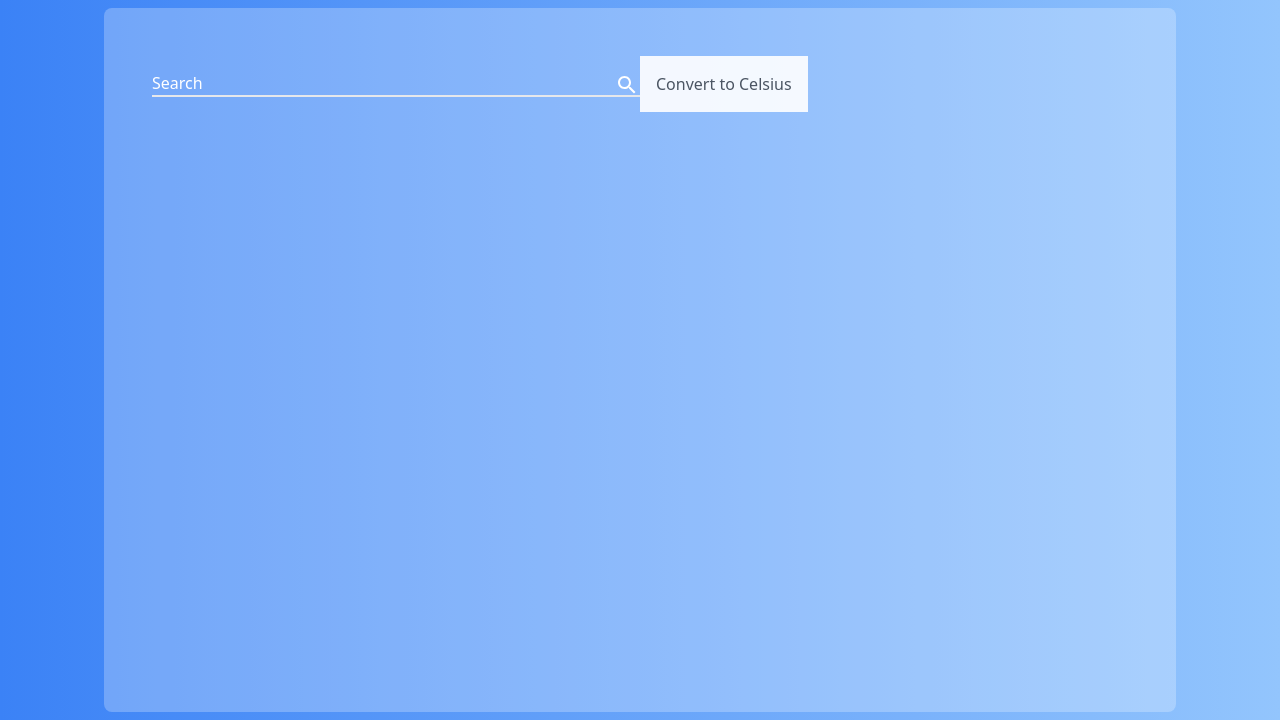
Repository: DevAntonioRogers/react-weatherapp-v2
Page: /
These files come from the project's save history. The page is drawn as it stood at one moment and after the next save; the edit follows.
The browser window is 1280 px wide. The pictures show the whole page.
The project was rebuilt for these pictures with package versions that can differ from the ones it lists, and the page was loaded fresh each time. The framework's server and built-in components were replaced by stand-ins that run in the browser. Also part of the build but not shown: next.config.js.

Above is the page before, as saved 2023-05-18 23:20:59.

After the next save:
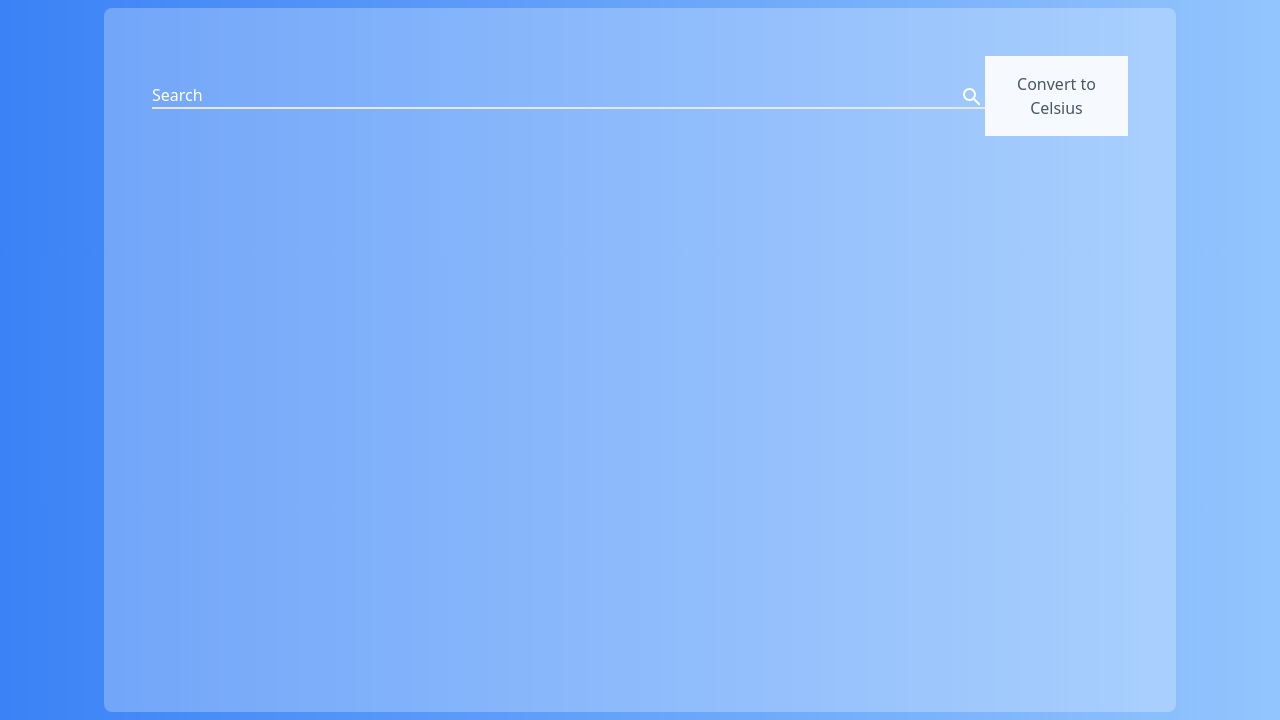
Saved 16 s later.
--- a/app/components/Conversion.tsx
+++ b/app/components/Conversion.tsx
@@ -2,8 +2,8 @@ import React from "react";
 
 const Conversion = () => {
   return (
-    <div className="w-full">
-      <button className="bg-white/90 p-4 text-gray-600 mr-auto">Convert to Celsius</button>
+    <div>
+      <button className="bg-white/90 p-4 text-gray-600">Convert to Celsius</button>
     </div>
   );
 };
